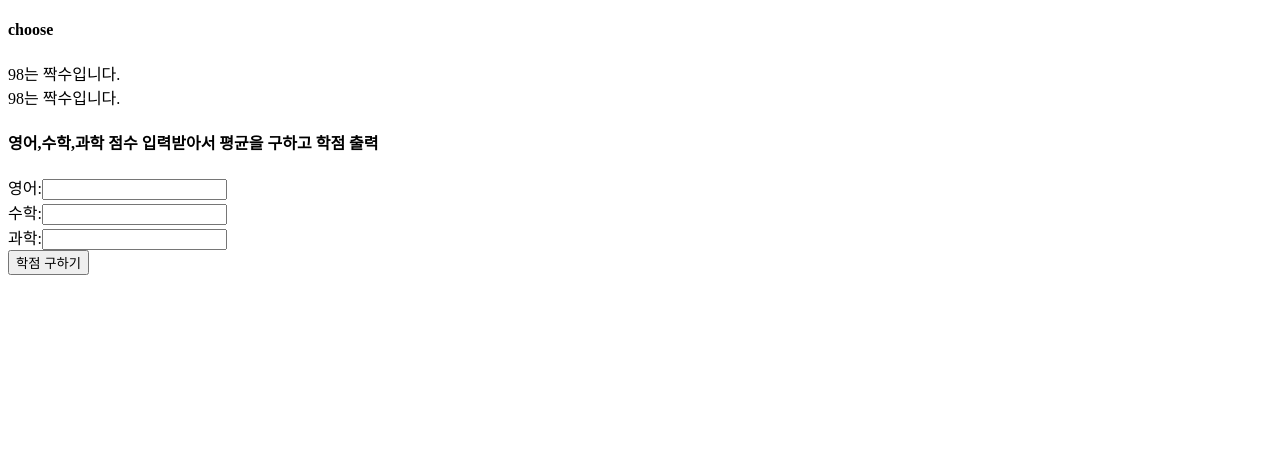
Repository: parkho96/testnum2
Page: http://localhost/jspstudy/11JSTL/Choose.jsp
An editor plug-in stored every save of this project. The page is shown before and after the next save, followed by the edit.
The browser window is 1280 px wide. The pictures show the whole page.
The page is served by Tomcat 9. Other server files are loaded and not shown.

Above is the page before, as saved 2023-04-10 03:17:33.

### workjsp/jspstudy/src/main/webapp/11JSTL/Choose.jsp
<%@ page language="java" contentType="text/html; charset=UTF-8"
    pageEncoding="UTF-8"%>
<%@ taglib prefix="c" uri="http://java.sun.com/jsp/jstl/core" %>
<!DOCTYPE html>
<html>
<head>
<meta charset="UTF-8">
<title>JSTL core choose/when/otherwise</title>
</head>
<body>

	<c:set var="num" value= "98"/>

	<h4>choose</h4>

	<c:choose>
		<c:when test="${num mod 2 eq 0}">
			${num}는 짝수입니다.
		</c:when>
		<c:when test="${num mod 2 eq 1}">
			${num}는 홀수입니다.
		</c:when>
	</c:choose>
	<br>
	<c:choose>
		<c:when test="${num mod 2 eq 0}">
			${num}는 짝수입니다.
		</c:when>
		<c:otherwise>
			${num}는 홀수입니다.
		</c:otherwise>
	</c:choose>




	<h4>영어,수학,과학 점수 입력받아서 평균을 구하고 학점 출력</h4>
	<form>
		영어:<input type="text" name="eng" /><br>
		수학:<input type="text" name="math" /><br>
		과학:<input type="text" name="esc" /><br>
		<input type="submit" value="학점 구하기"/>
	</form>
	<!-- 90이상 수, 80이상 우, 70이상 미, 60이상 양, 나머지 가 -->
	<!-- 평균점수 : ??? / 학점 : ?? -->


	<c:if test ="${param.eng}">
		영어 학점:
		<c:choose>
			<c:when test="${param.eng >= 90}">수</c:when>
			<c:when test="${param.eng >= 80}">우</c:when>
			<c:when test="${param.eng >= 70}">미</c:when>
			<c:when test="${param.eng >= 60}">양</c:when>
			<c:otherwise>가</c:otherwise>
		</c:choose>
		<br>
		수학 학점:
		<c:choose>
			<c:when test="${param.math >= 90}">수</c:when>
			<c:when test="${param.math >= 80}">우</c:when>
			<c:when test="${param.math >= 70}">미</c:when>
			<c:when test="${param.math >= 60}">양</c:when>
			<c:otherwise>가</c:otherwise>
		</c:choose>
		<br>
		과학 학점:
		<c:choose>
			<c:when test="${param.esc >= 90}">수</c:when>
			<c:when test="${param.esc >= 80}">우</c:when>
			<c:when test="${param.esc >= 70}">미</c:when>
			<c:when test="${param.esc >= 60}">양</c:when>
			<c:otherwise>가</c:otherwise>
		</c:choose>

		<br>

		평균점수 : ${(param.eng+param.math+param.esc)/3}<br>
		<c:set var="avg" value="${(param.eng+param.math+param.esc)/3}"/>

		평균점수2: ${avg}<br>

		전체학점:
		<c:choose>
			<c:when test="${avg >= 90}">수</c:when>
			<c:when test="${avg >= 80}">우</c:when>
			<c:when test="${avg >= 70}">미</c:when>
			<c:when test="${avg >= 60}">양</c:when>
			<c:otherwise>가</c:otherwise>
		</c:choose>
	</c:if>
</body>
</html>

After the next save:
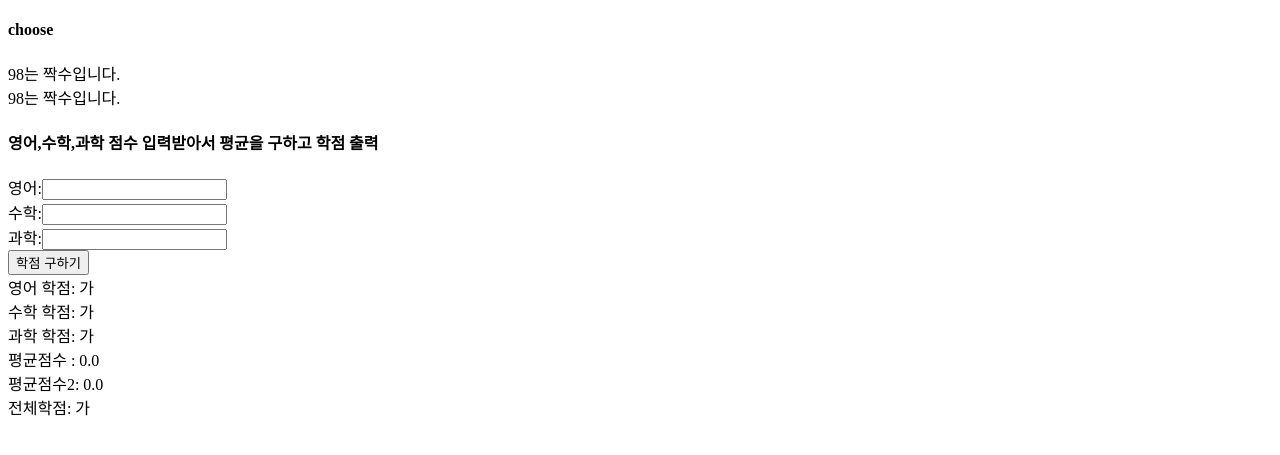
Saved 28 s later.
--- a/workjsp/jspstudy/src/main/webapp/11JSTL/Choose.jsp
+++ b/workjsp/jspstudy/src/main/webapp/11JSTL/Choose.jsp
@@ -45,7 +45,7 @@
 	<!-- 평균점수 : ??? / 학점 : ?? -->
 
 
-	<c:if test ="${param.eng}">
+	<c:if test ="${not param.eng}">
 		영어 학점:
 		<c:choose>
 			<c:when test="${param.eng >= 90}">수</c:when>

After the 2 saves that followed:
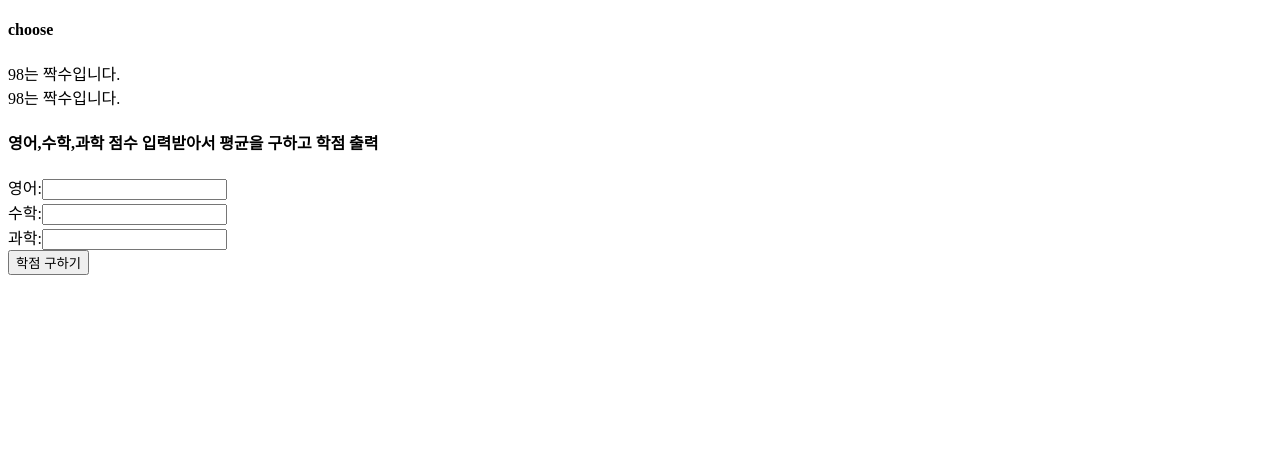
The 2 saves are shown as one change because 1 left the picture as it was.
The last was saved 115 s later.
--- a/workjsp/jspstudy/src/main/webapp/11JSTL/Choose.jsp
+++ b/workjsp/jspstudy/src/main/webapp/11JSTL/Choose.jsp
@@ -45,7 +45,9 @@
 	<!-- 평균점수 : ??? / 학점 : ?? -->
 
 
-	<c:if test ="${not param.eng}">
+	<c:if test ="${not empty param.eng
+				&& not empty param.math
+				&& not empty param.esc}">
 		영어 학점:
 		<c:choose>
 			<c:when test="${param.eng >= 90}">수</c:when>
